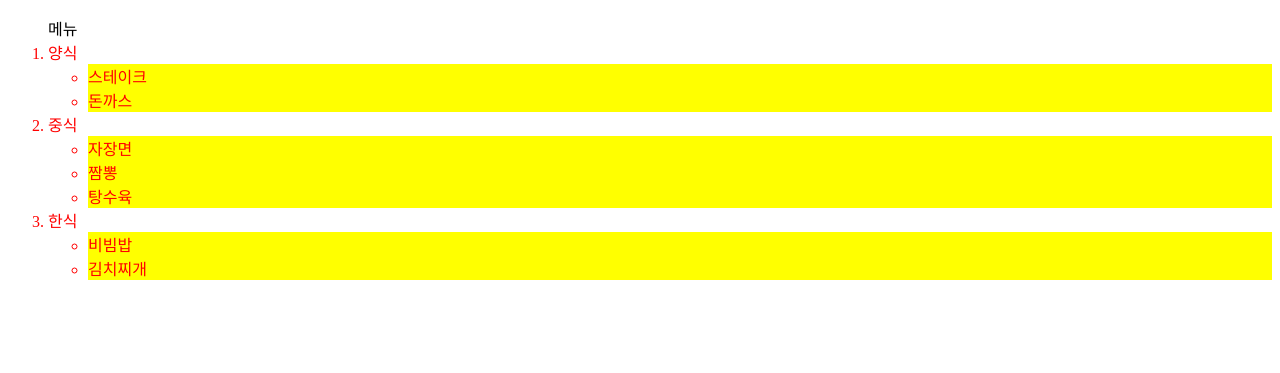
Repository: daehyeonhong/HTML
Page: ch04/WebContent/olSelector.html
The author's editor kept a copy of each file at every save. The page is drawn from the files as they stood at one save, then again after the next save.
The browser window is 1280 px wide. The pictures show the whole page.

Above is the page before, as saved 2020-05-19 02:44:48.

### ch04/WebContent/olSelector.html
<!DOCTYPE html>
<html>
<head>
<meta charset="UTF-8">
<title>Insert title here</title>
<style type="text/css">
ol>li {
	color: blue;
}

ol li {
	color: red;
}

ol li li {
	background-color: yellow
}
</style>
</head>
<body>
	<div>
		<ol>
			메뉴
			<li>양식
				<ul>
					<li>스테이크</li>
					<li>돈까스</li>
				</ul>
			</li>
			<li>중식
				<ul>
					<li>자장면</li>
					<li>짬뽕</li>
					<li>탕수육</li>
				</ul>
			</li>
			<li>한식
				<ul>
					<li>비빔밥</li>
					<li>김치찌개</li>
				</ul>
			</li>
		</ol>
	</div>
</body>
</html>

After the next save:
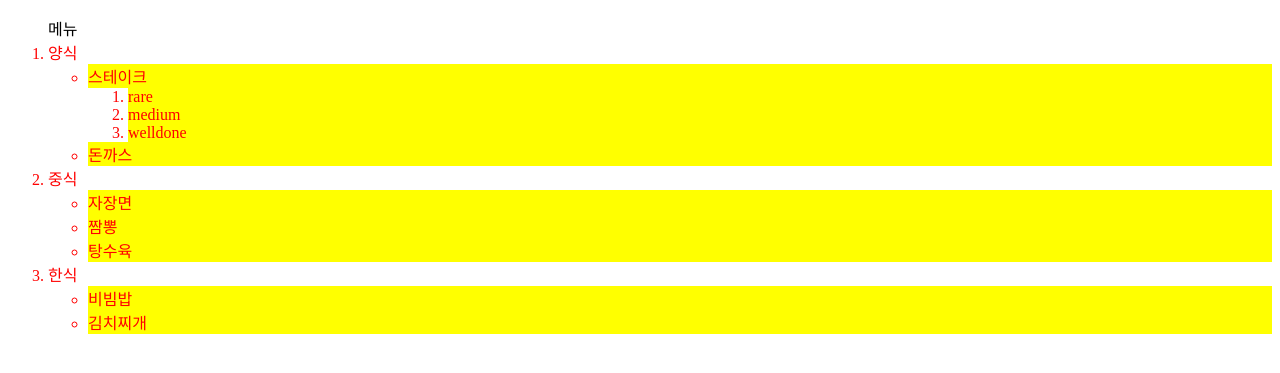
Saved 44 s later.
--- a/ch04/WebContent/olSelector.html
+++ b/ch04/WebContent/olSelector.html
@@ -24,6 +24,11 @@ ol li li {
 			<li>양식
 				<ul>
 					<li>스테이크</li>
+					<ol>
+						<li>rare</li>
+						<li>medium</li>
+						<li>welldone</li>
+					</ol>
 					<li>돈까스</li>
 				</ul>
 			</li>
